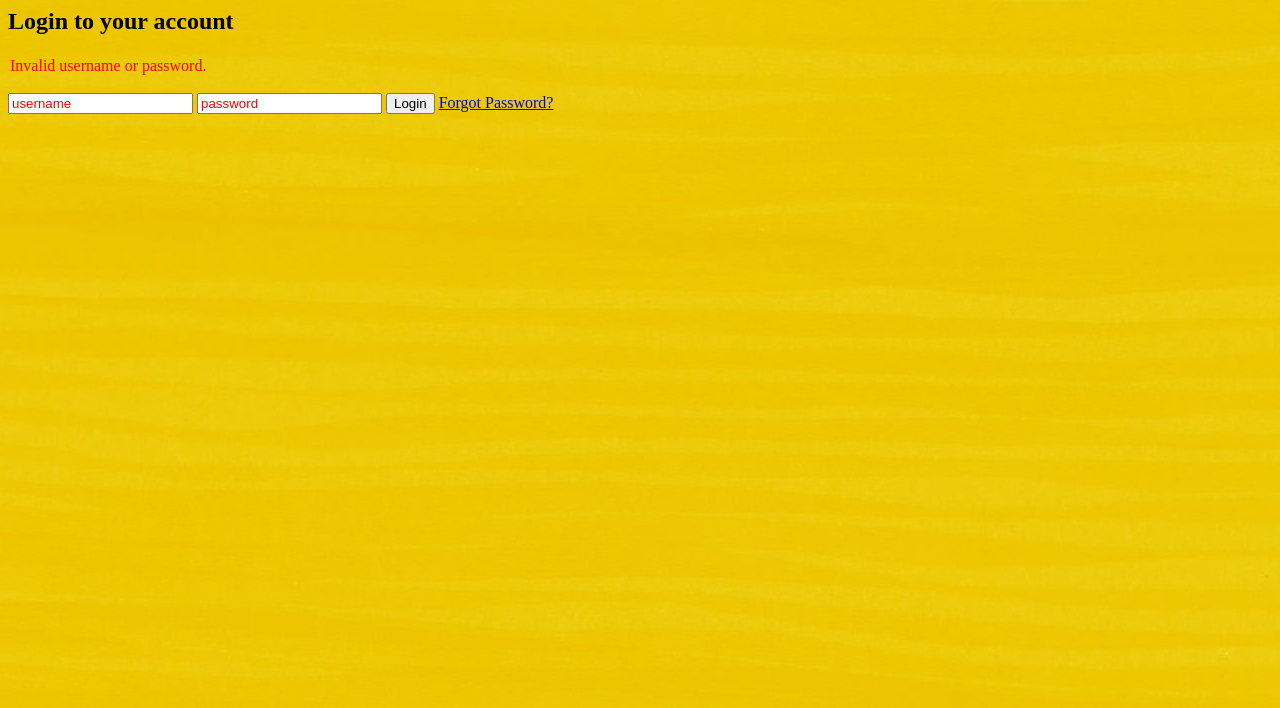
Repository: praveenshetg/GOLDEN-ROD
Page: Duolingo/papi-front/WebContent/login.html
The author's editor kept a copy of each file at every save. The page is drawn from the files as they stood at one save, then again after the next save.
The browser window is 1280 px wide. The pictures show the whole page.

Above is the page before, as saved 2018-05-09 09:18:34.
Console error: ReferenceError: $ is not defined

After the next save:
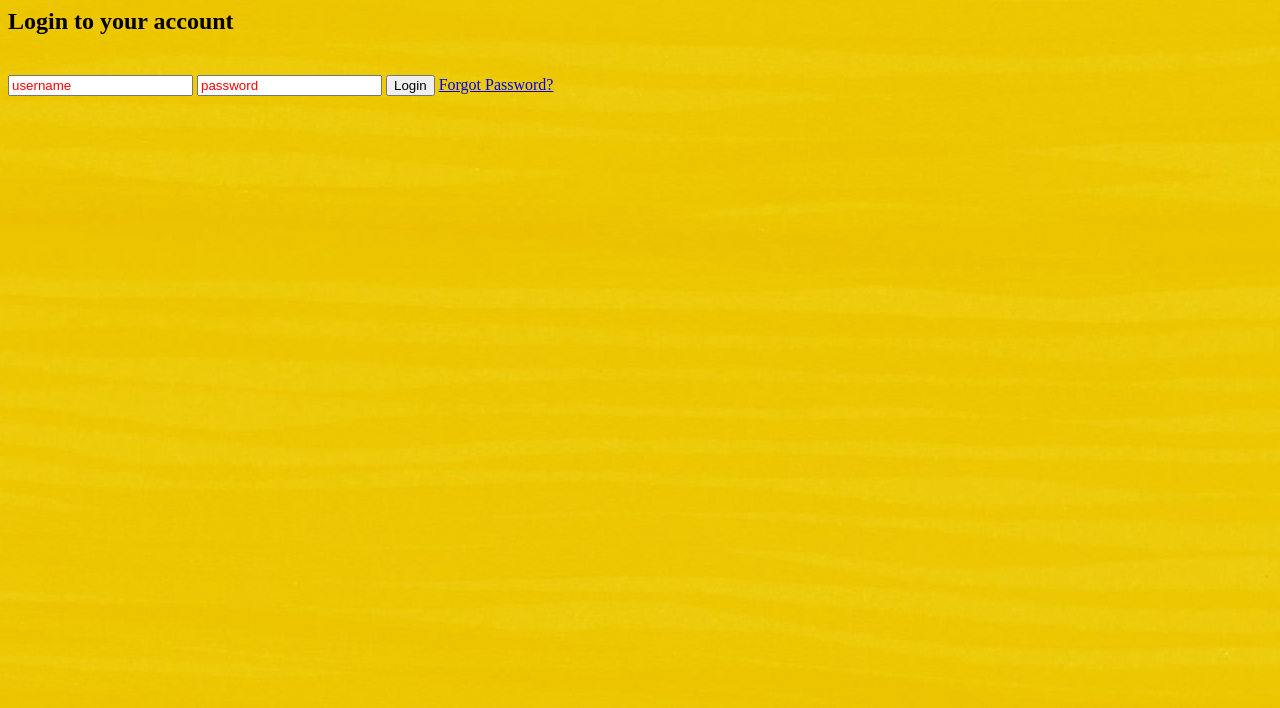
Saved 5 s later.
--- a/Duolingo/papi-front/WebContent/login.html
+++ b/Duolingo/papi-front/WebContent/login.html
@@ -21,7 +21,7 @@ body {
 <div class="log-form" id="login_form">
   <h2>Login to your account</h2>
   <form action="">
-  <p style="color:red;padding:2px;" id="login-error-msg">Invalid username or password.</p>
+  <p style="color:red;padding:2px;" id="login-error-msg"></p>
     <input type="text" title="username" placeholder="username" id="pw-username" required/>
     <input type="password" title="username" placeholder="password"  id="pw-password"  required/>
     <button type="submit" class="login-btn btn" id="login-btn">Login</button>
